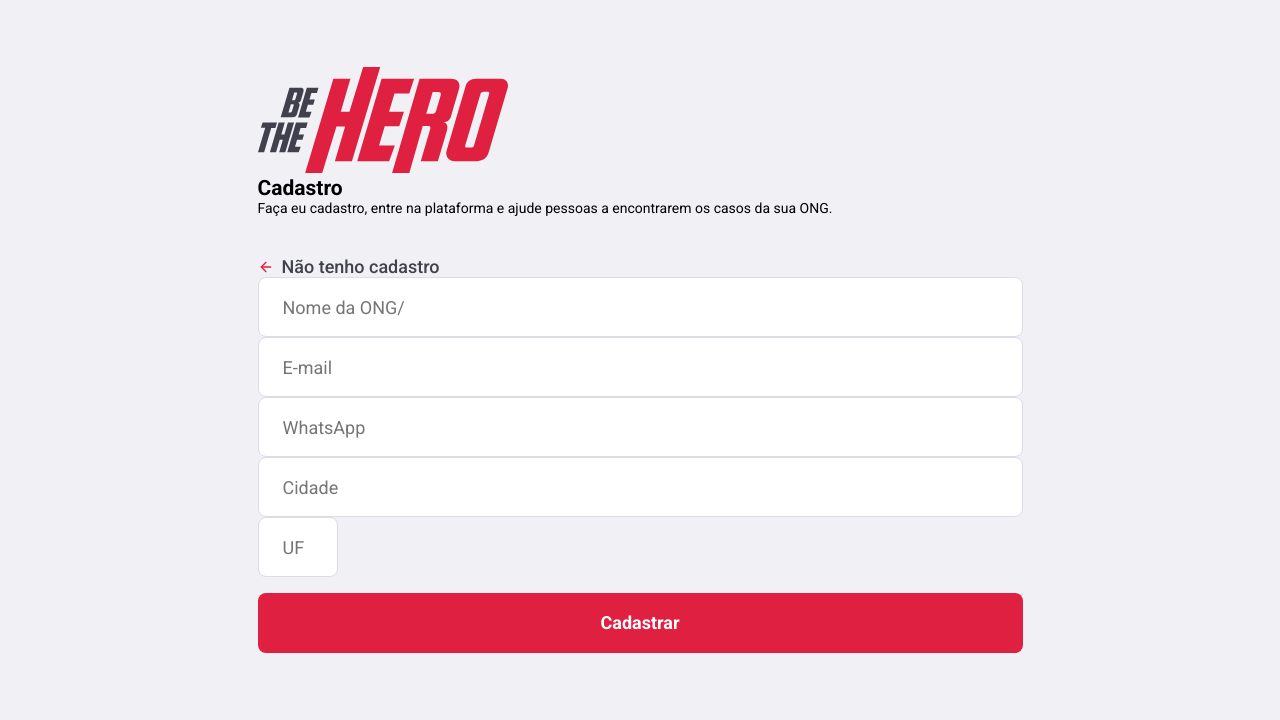
Repository: lucas-silva-dev/be-the-hero
Page: /register (app in frontend/)
An editor plug-in stored every save of this project. The page is shown before and after the next save, followed by the edit.
The browser window is 1280 px wide. The pictures show the whole page.
The project was rebuilt for these pictures with package versions that can differ from the ones it lists, and the page was loaded fresh each time. Also part of the build but not shown: frontend/src/pages/Logon/styles.css, frontend/src/pages/Logon/index.js.

Above is the page before, as saved 2020-03-25 22:55:48.

### frontend/public/index.html
<!DOCTYPE html>
<html lang="en">

<head>
  <meta charset="utf-8" />
  <!-- <link rel="icon" href="%PUBLIC_URL%/favicon.ico" /> -->
  <meta name="viewport" content="width=device-width, initial-scale=1" />
  <meta name="theme-color" content="#000000" />

  <title>Be The Hero</title>
</head>

<body>
  <noscript>You need to enable JavaScript to run this app.</noscript>
  <div id="root"></div>

</body>

</html>

### frontend/src/global.css
@import url("https://fonts.googleapis.com/css?family=Roboto:400,500,700&display=swap");

* {
  margin: 0;
  padding: 0;
  outline: 0;
  box-sizing: border-box;
}

body {
  font: 400 14px Roboto, sans-serif;
  background: #f0f0f5;
  -webkit-font-smothing: antialiased;
}

input,
button,
textarea {
  font: 400 18px Roboto, sans-serif;
}

button {
  cursor: pointer;
}

form input {
  width: 100%;
  height: 60px;
  color: #333;
  border: 1px solid #dcdce6;
  border-radius: 8px;
  padding: 0 24px;
}

.button {
  width: 100%;
  height: 60px;
  background: #e02041;
  border: 0;
  border-radius: 8px;
  color: #fff;
  font-weight: 700;
  margin-top: 16px;
  display: inline-block;
  text-align: center;
  text-decoration: none;
  font-size: 18px;
  line-height: 60px;
  transition: filter 0.2s;
}

.button:hover {
  filter: brightness(80%);
}

.back-link {
  display: flex;
  align-items: center;
  margin-top: 40px;
  color: #41414d;
  font-size: 18px;
  text-decoration: none;
  font-weight: 500;
  transition: opacity 0.2s;
}

.back-link svg {
  margin-right: 8px;
}

.back-link:hover {
  opacity: 0.8;
}

### frontend/src/routes.js
import React from 'react';
import { BrowserRouter, Route, Switch } from 'react-router-dom';

import Logon from './pages/Logon';
import Register from './pages/Register';

export default function Routes() {
  return (
    <BrowserRouter>
      <Switch>
        <Route path="/" exact component={Logon} />
        <Route path="/register" component={Register} />
      </Switch>
    </BrowserRouter>
  );
}

### frontend/src/pages/Register/index.js
import React from 'react';
import { Link } from 'react-router-dom';
import { FiArrowLeft } from 'react-icons/fi';

import './styles.css';

import logoImg from '../../assets/logo.svg'

export default function Register() {
  return (
    <div className="register-container">
      <div className="content">
        <section>
          <img src={logoImg} alt="Be The Hero Logo" />

          <h1>Cadastro</h1>
          <p>Faça eu cadastro, entre na plataforma e ajude pessoas a encontrarem os casos da sua ONG.</p>

          <Link className="back-link" to="/register">
            <FiArrowLeft size={16} color="#E02041" />
            Não tenho cadastro
          </Link>

        </section>

        <form >
          <input placeholder="Nome da ONG/" />
          <input type="email" placeholder="E-mail" />
          <input placeholder="WhatsApp" />

          <div className="input-group">
            <input placeholder="Cidade" />
            <input placeholder="UF" style={{ width: 80 }} />
          </div>

          <button className="button" >
            Cadastrar
          </button>
        </form>
      </div>
    </div>
  );
}

### frontend/src/pages/Register/styles.css
.register-container {
  width: 100%;
  max-width: 1120px;
  height: 100vh;
  margin: 0 auto;

  display: flex;
  align-items: center;
  justify-content: center;
}

Loaded but not shown: frontend/src/index.js (common file); frontend/src/App.js (common file)

After the next save:
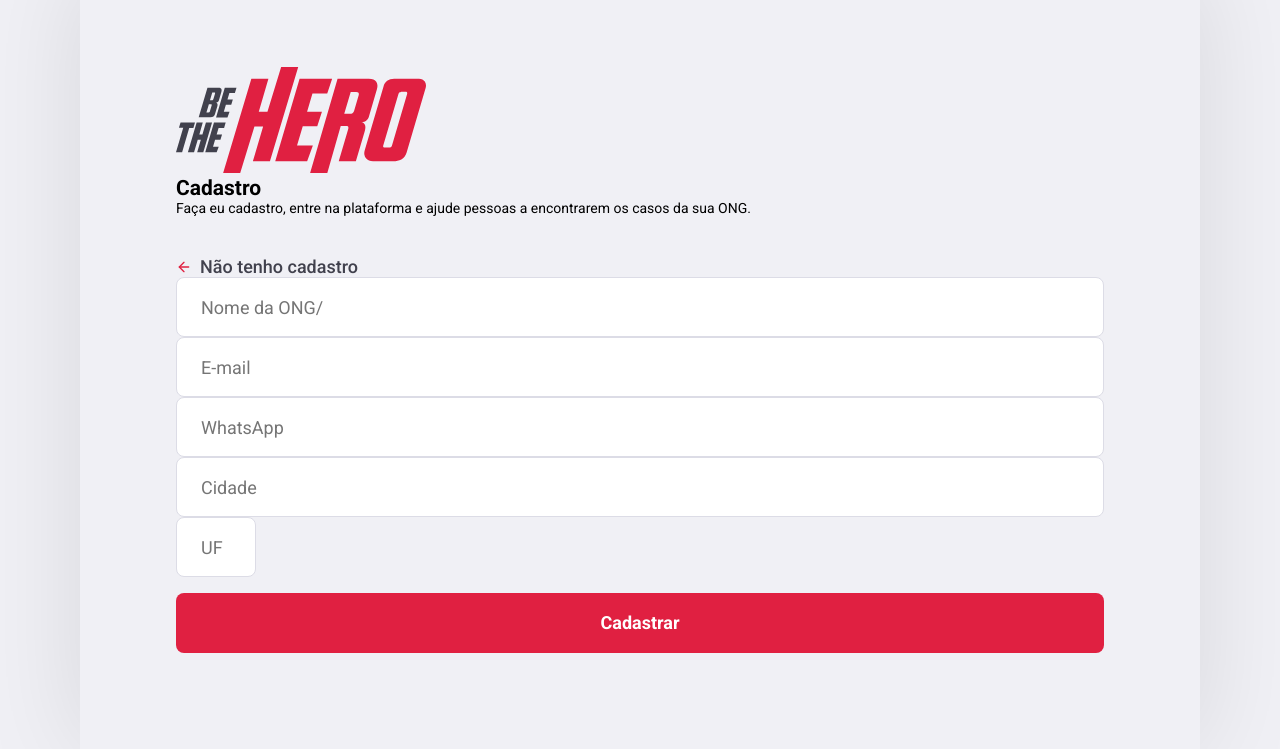
Saved 2 min 13 s later.
--- a/frontend/src/pages/Register/styles.css
+++ b/frontend/src/pages/Register/styles.css
@@ -8,3 +8,10 @@
   align-items: center;
   justify-content: center;
 }
+
+.register-container .content {
+  width: 100%;
+  padding: 96px;
+  background: #f0f0f5;
+  box-shadow: 0 0 100px rgba(0, 0, 0, 0.1);
+}
